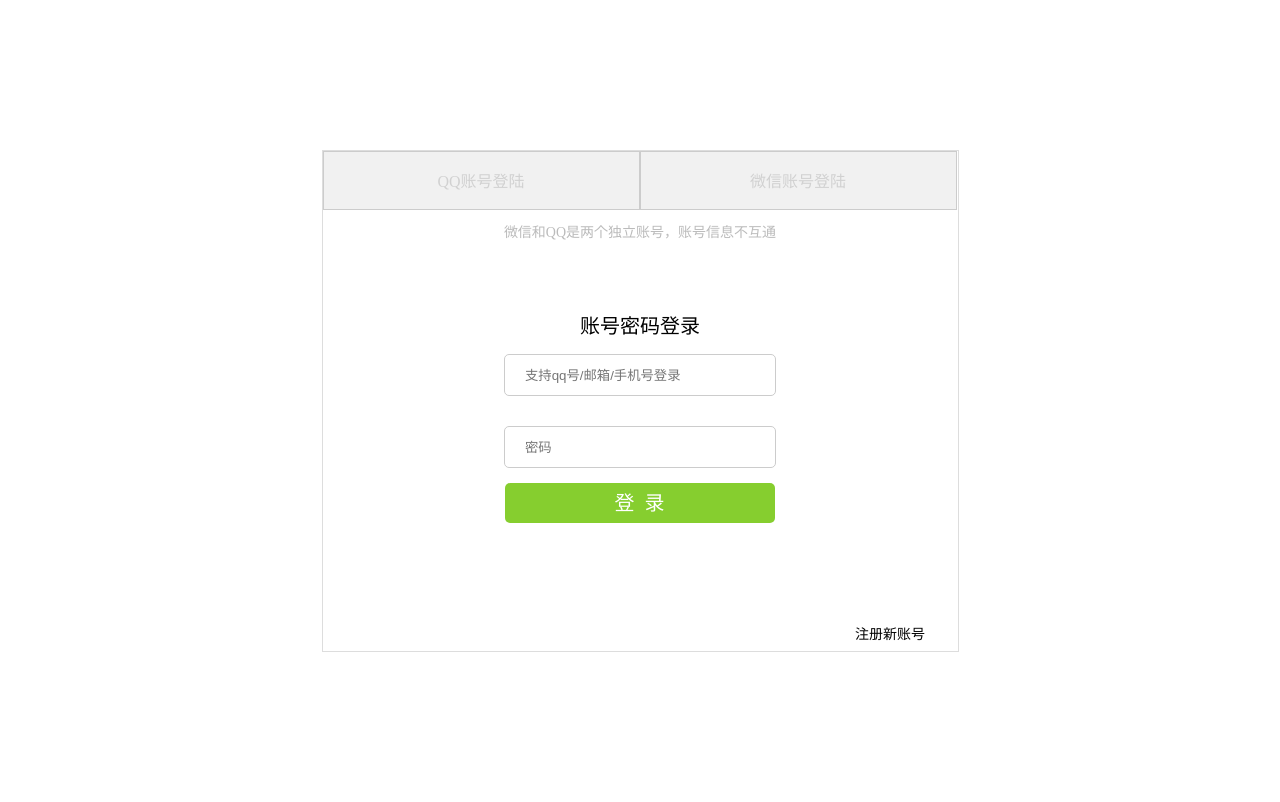
Repository: hanyaping3/tengxun2011
Page: src/denglu.html
The author's editor kept a copy of each file at every save. The page is drawn from the files as they stood at one save, then again after a run of saves.
The browser window is 1280 px wide. The pictures show the whole page.
The style sheet was rebuilt from its Sass, Less or Tailwind sources for each picture, by a compiler version that may differ from the author's.

Above is the page before, as saved 2021-01-29 17:05:48.

After the next 3 saves:
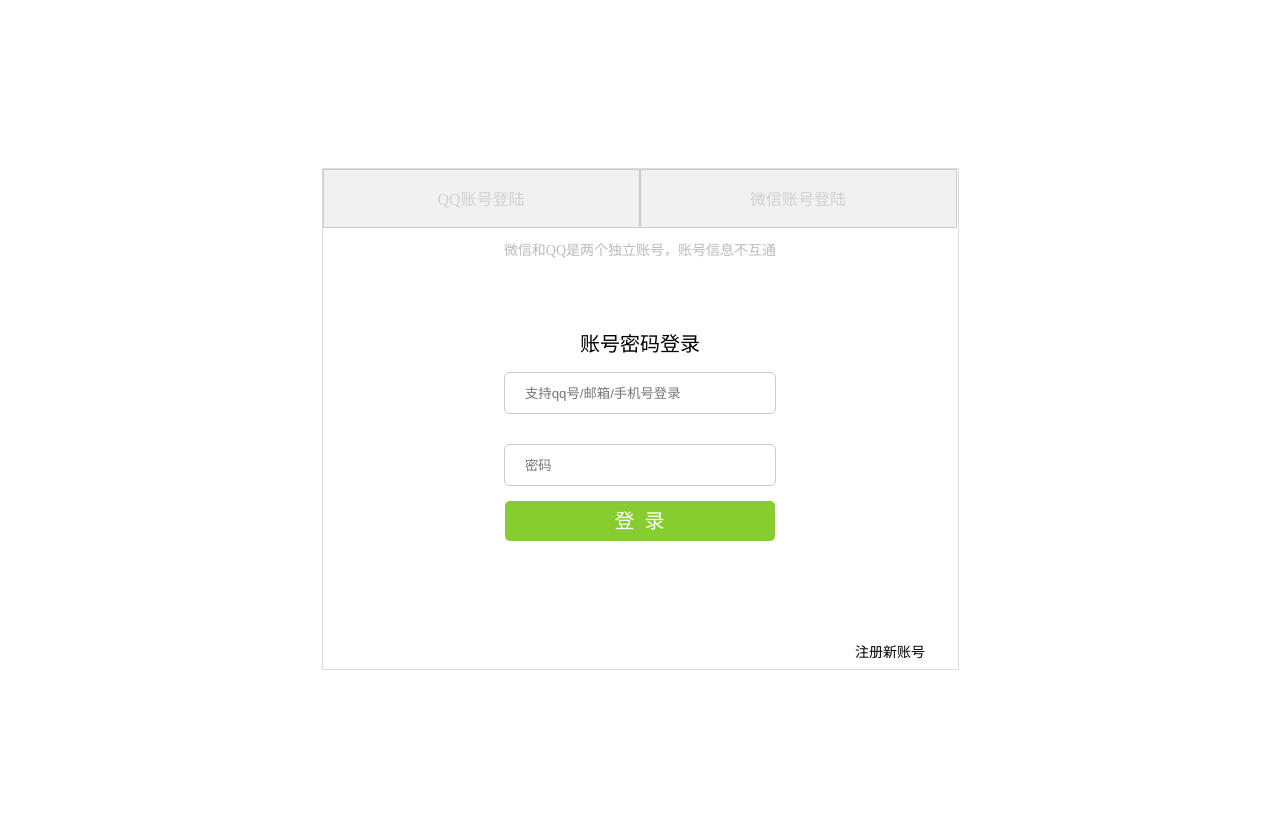
The 3 saves are shown as one change because they came seconds apart.
The last was saved 11 s later.
--- a/src/denglu.html
+++ b/src/denglu.html
@@ -12,7 +12,9 @@
 </head>
 
 <body>
-    <div></div>
+    <div id="logo">
+        <img src="" alt="">
+    </div>
     <div id="wrap">
         <div id="wrap-top">
             <li>QQ账号登陆</li>
